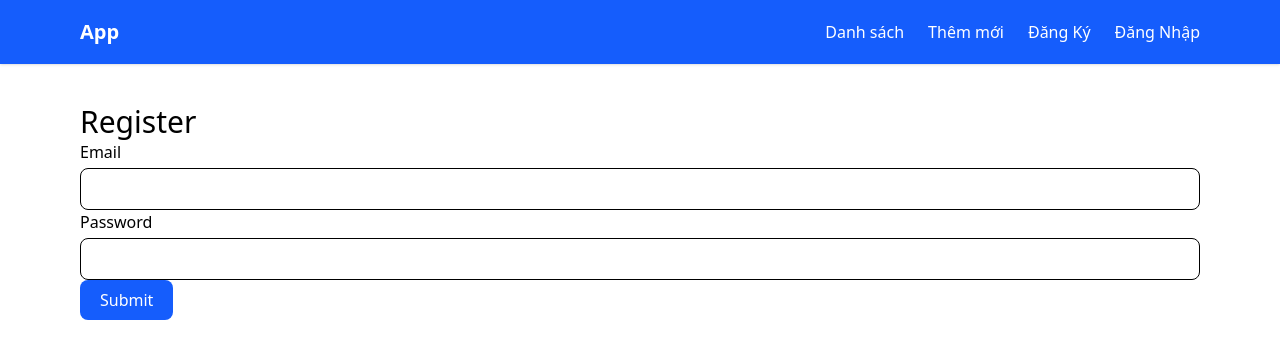
Repository: DODUCHUY195/Lap_Trinh_TypeScript
Page: /login
The author's editor kept a copy of each file at every save. The page is drawn from the files as they stood at one save, then again after the next save.
The browser window is 1280 px wide. The pictures show the whole page.
The project was rebuilt for these pictures with package versions that can differ from the ones it lists, and the page was loaded fresh each time. Also part of the build but not shown: vite.config.ts, src/pages/List.tsx, src/pages/Add.tsx, src/base/http.ts, src/base/subjects.ts, src/base/index.ts, src/pages/Edit.tsx.

Above is the page before, as saved 2026-01-26 19:29:12.

After the next save:
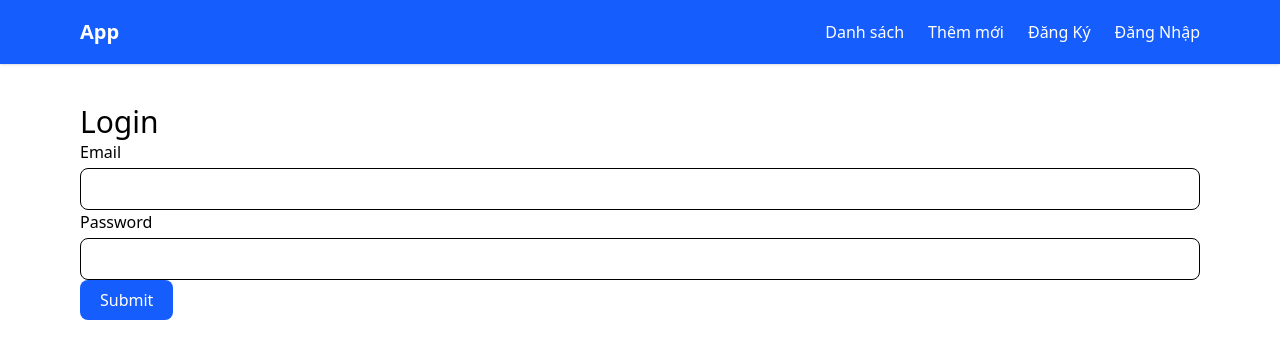
Saved 38 s later.
--- a/src/App.tsx
+++ b/src/App.tsx
@@ -42,8 +42,8 @@ function App() {
           <Route path="/" element={<List />} />
           <Route path="/add" element={<Add />} />
           <Route path="/edit/:id" element={<Edit />} />
-          <Route path="/register" element={<AuthPage isRegister={true} />} />
-          <Route path="/login" element={<AuthPage isRegister={false} />} />
+          <Route path="/register" element={<AuthPage isLogin={false} />} />
+          <Route path="/login" element={<AuthPage isLogin={true} />} />
 
         </Routes>
       </div>
